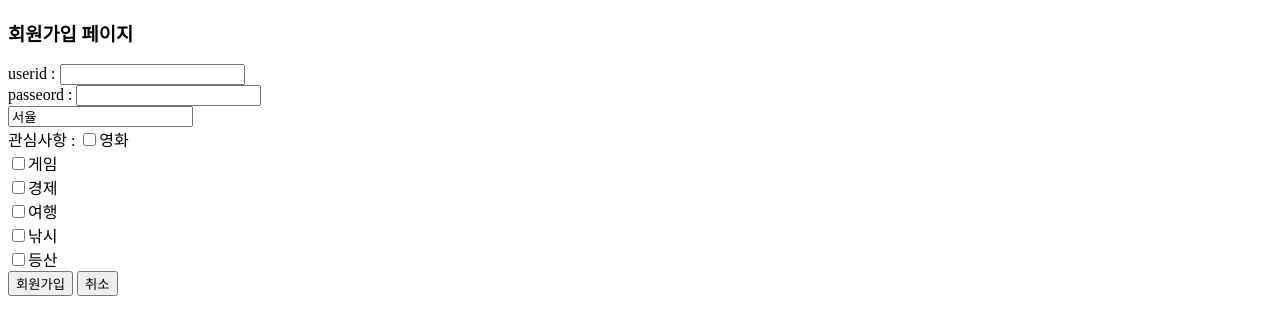
Repository: PARKJONGSUN88/multicampus_study
Page: 3-7. jsp, servletStudy Study/1. 실습/workspace2/web1/WebContent/memberform.html
An editor plug-in stored every save of this project. The page is shown before and after the next save, followed by the edit.
The browser window is 1280 px wide. The pictures show the whole page.

Above is the page before, as saved 2019-06-27 01:53:44.

After the next save:
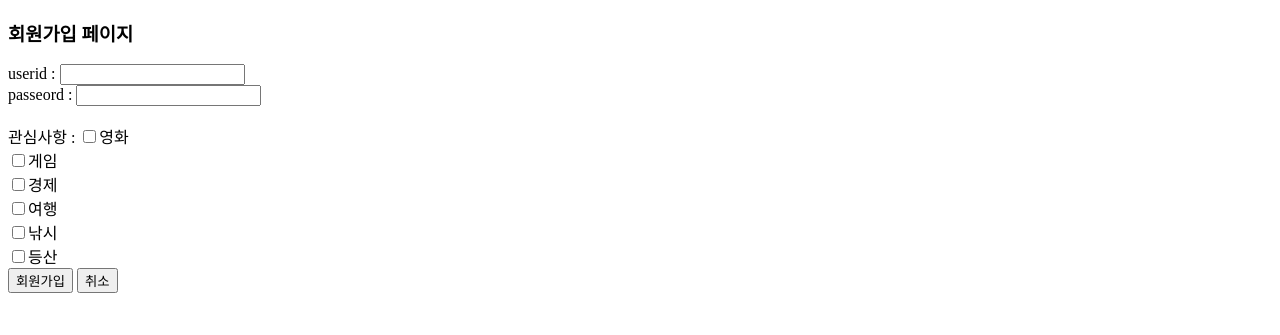
Saved 11 min 59 s later.
--- a/3-7. jsp, servletStudy Study/1. 실습/workspace2/web1/WebContent/memberform.html
+++ b/3-7. jsp, servletStudy Study/1. 실습/workspace2/web1/WebContent/memberform.html
@@ -9,7 +9,7 @@
 <form id ="f1" action="join" method="post" >
 userid : <input type="text" name="userid" ><br>
 passeord : <input type="password" name="userpwd" ><br>
-	<input type="hideen" name="address" value="서율" ><br>
+	<input type="hidden" name="address" value="서율" ><br>
 관심사항 : <input type="checkbox" name="interest" value="영화">영화<br>
 		<input type="checkbox" name="interest" value="게임">게임<br>
 		<input type="checkbox" name="interest" value="경제">경제<br>
